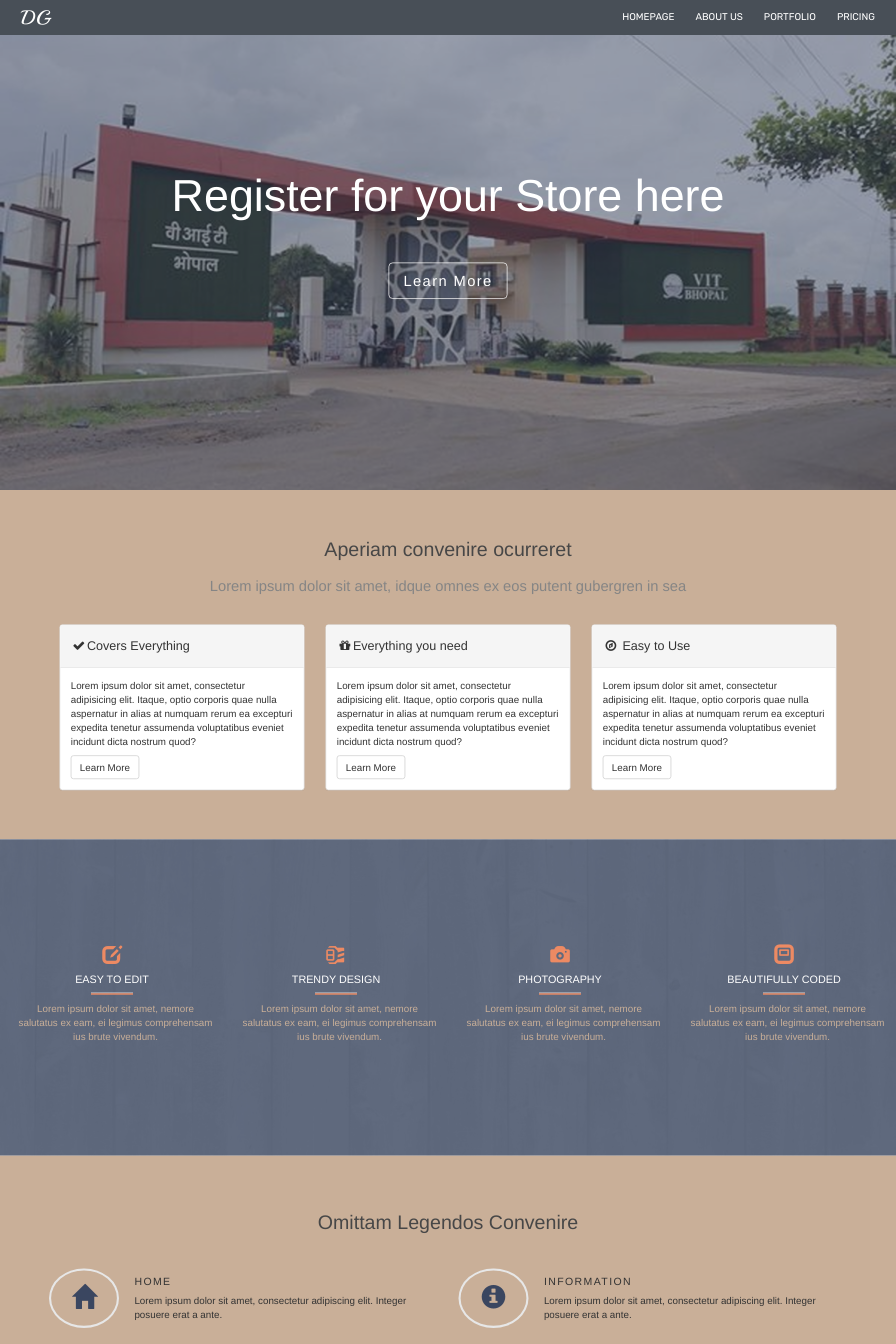
Repository: Aksh-Raizada/EPICS-Project
Page: index.html
These files come from the project's save history. The page is drawn as it stood at one moment and after the next save; the edit follows.
The browser window is 1280 px wide. The pictures show the part of the page from y = 0 to 1920 px (the page is 5115 px tall), at 70% of full size.
Some web libraries are served in a nearby version.

Above is the page before, as saved 2024-02-09 00:09:57.
Console error (its wording comes from the project's code and is left out).

After the next save:
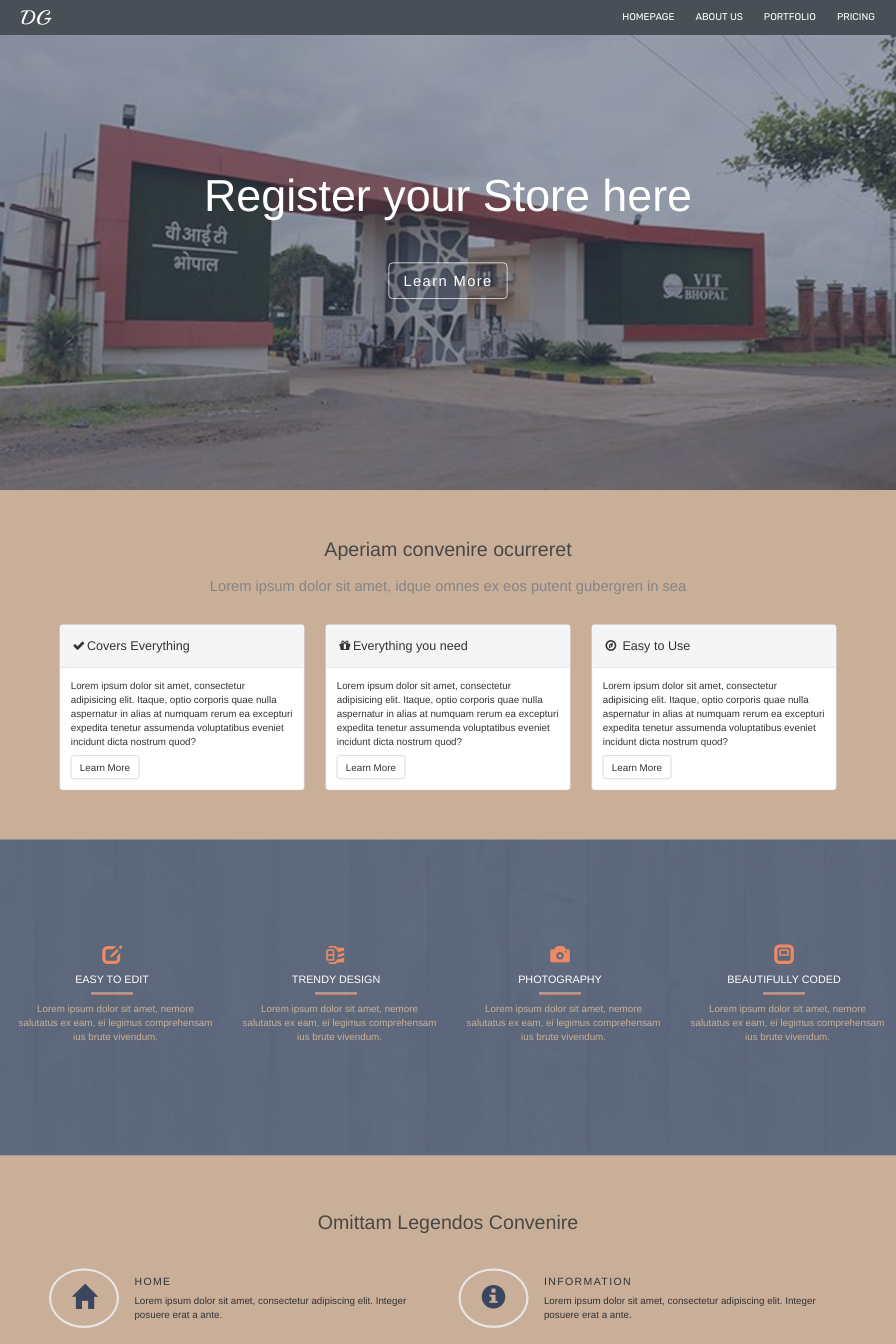
Saved 40 s later.
--- a/index.html
+++ b/index.html
@@ -112,7 +112,7 @@
     <div class="banner">
         <div class="opacity_overlay">
             <div class="info">
-                <h2>Register for your Store here</h2>
+                <h2>Register your Store here</h2>
                 <br>
                 <h3>  </h3>
                 <br>
